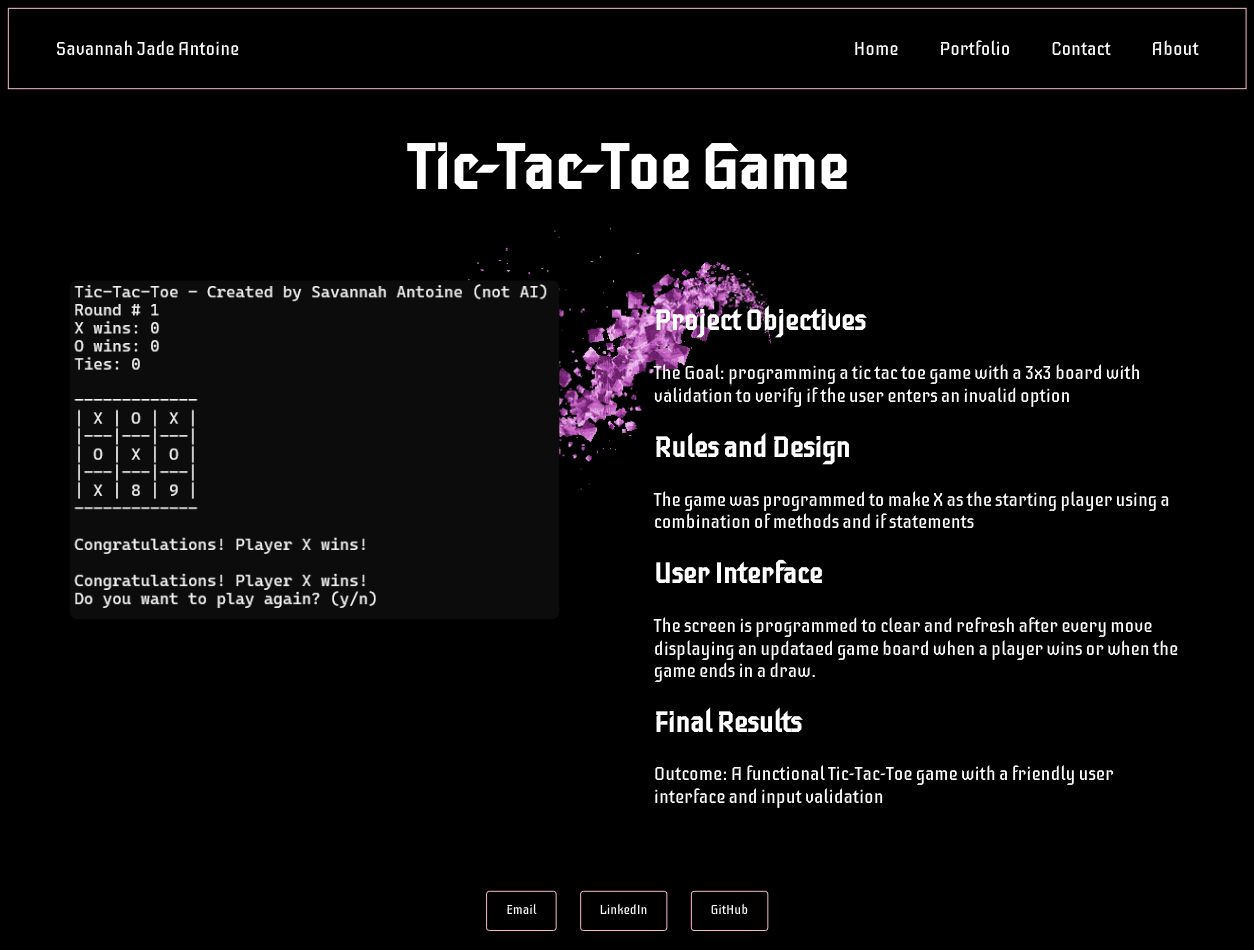
Repository: Savannah-Antoine/Savannah-Antoine
Page: pages/project-name-3.html
The author's editor kept a copy of each file at every save. The page is drawn from the files as they stood at one save, then again after the next save.
The browser window is 1280 px wide. The pictures show the whole page, at 98% of full size.
Backgrounds fixed to the window are drawn as part of the page.

Above is the page before, as saved 2026-05-16 02:48:15.

### pages/project-name-3.html
<!DOCTYPE html>
<html lang="en">
<head>
    <meta charset="UTF-8">
    <meta name="viewport" content="width=device-width, initial-scale=1.0">
    <link rel = "stylesheet" href = "../styles/page.css" />
    <link rel = "stylesheet" href = "../styles/globals.css" />
    <title>Document</title>
</head>
<body>
<header>
<nav>
        <ul class = "navigation">
  <li><a href="index.html">Home</a></li>
  <li><a href="#PortfolioSection">Portfolio</a></li>
  <li><a href="#ContactSection">Contact</a></li>
  <li><a href="#AboutMe">About</a></li>
        </ul>

        <ul class = "homeButton">
           <li><a   href = "../index.html">Savannah Jade Antoine</a></li>
        </ul>
</nav>
    <h1>Tic-Tac-Toe Game</h1>
</header>
<main class = "container">


<div class = "project-visuals">
<img src = "../assets/images/Project3.png" alt = "First Portfolio placeholder image" />
</div>
<div class = "project-details">
<section>
<h2>Project Objectives</h2>
    <p>
        The Goal: programming a tic tac toe game with a 3x3 board with validation to verify if the user enters an invalid option
<h2>Rules and Design</h2>
<p>
    The game was programmed to make X as the starting player using a combination of methods and if statements
</p>


<h2>User Interface</h2>
<p>
    The screen is programmed to clear and refresh after every move displaying an updataed game board when a player wins or when the game ends in a draw.
</p>


<h2>Final Results</h2>

<p>
    Outcome: A functional Tic-Tac-Toe game with a friendly user interface and input validation
</p>
</section>
</div>



</main>
<footer>
 <div class = "infoButtons">
        <a href="mailto:savannahjadeantoine@gmail.com" ><button>Email</button></a>
        <a href="https://linkedin.com/in/savannah-antoine-ab0756390" target="_blank"><button>LinkedIn</button></a>
        <a href="https://github.com/Savannah-Antoine" target="_blank"><button>GitHub</button></a>
    </div>
</footer>
</body>
</html>

### styles/page.css


.project-details{
    text-align: left;
    justify-content: center;
}


img {
    width: 100%;
    max-width: 500px; /* Increased slightly for detail */
    height: auto;
    border-radius: 0.5rem;
}

.container {
    display: flex;
    flex-direction: column;
    align-items: center;
    gap: 6rem;
    padding: 2rem 5%;
}

@media screen and (min-width: 768px) {

    .project-details {
        flex: 1;
        text-align: left;
    }
}

### styles/globals.css
@font-face{

    font-family:"ice";
    src: url(../assets/fonts/Iceberg-Regular.ttf)
}

body {
    background-color: black;
  background-image: url(../assets/images/background-pic.gif);
  background-repeat: no-repeat;
  background-size: cover;
  background-attachment: fixed;
  background-position: center;
  min-height: 100vh;
  color: white;
  font-size: 1rem;
  text-align: center;
  font-family: "ice", serif, 'Times New Roman';
}

.homeButton{
  order: -1;
  list-style-type: none;
  margin: 0;
  padding: 0;
  display: flex;
  justify-content: left;

}

.navigation {
    display: grid;
    grid-template-columns: repeat(2, 1fr);
    gap: 0.6rem;
    text-align: right;
}




nav {
    display: flex;
    justify-content: space-between;
    align-items: center;
    padding: 1rem 2rem;

    border: 0.1rem solid pink;
    cursor: pointer;


}



nav ul {
    display: flex;
    list-style: none;
    gap: 1rem;
    margin: 0;
    padding: 0;
}
button {
    padding: 0.7rem 1.2rem;
    background-color: transparent;
    color: white;
    border: 0.1rem solid pink;
    cursor: pointer;
    transition: all 0.3s ease;
    border-radius: 0.2rem;
    gap: 1rem;
    font-family: "ice", serif, 'Times New Roman';
}
button:hover {
    background-color: pink;
    color: rgb(31, 1, 31);
    transform: translateY(-3px);
    box-shadow: 0 0.3rem 1rem rgba(255, 255, 255, 0.3);
}

.infoButtons {
    display: flex;
    justify-content: center;
    gap: 1.5rem;
    margin-top: 1.4rem;
    min-width: 100px;
    padding: 0.7rem 0.9rem;
}

li a {
  display: block;
  color: white;
  padding: 0.8rem 1rem;
  text-decoration: none;
}

ul li a:hover {
 background-color: pink;
  color: rgb(31, 1, 31);
  box-shadow: 0 0.5rem 0.9rem rgba(255, 255, 255, 0.3)
}

h1{

  font-size: 4rem;
}

@media screen and (min-width: 768px)
{

    body{
        font-size: 1.2rem;
    }


    #AboutMe img {
        width: 300px;
        border-radius: 0.3rem;
    }
   body h1 {
        font-size: 4rem;
    }
    .container {

        flex-direction: row;
        flex-wrap: wrap;
        align-items: flex-start;
        justify-content: space-around;
    }
    .project-card {
        width: 30%;
        min-width: 250px;
        text-align: center;
    }
    .project-card img{
       width: 100%;
    height: 250px;
    object-fit: cover;
    object-position: top;
    border-radius: 0.5rem;


    }


    .navigation{
        display:flex;
    }

}


@media screen and (min-width: 1000px)
{
    .container {
        margin: 0 auto;
    }
    .aboutMe {
        flex-direction: row;
        justify-content: center;
        align-items: flex-start;
        text-align: left;
        gap: 4rem;

    }
    #AboutMe
    {
        padding: 50px 10%;
        text-align: center;
        align-items:center;
        justify-content: center;
        max-width: 1000px;
    }

}

After the next save:
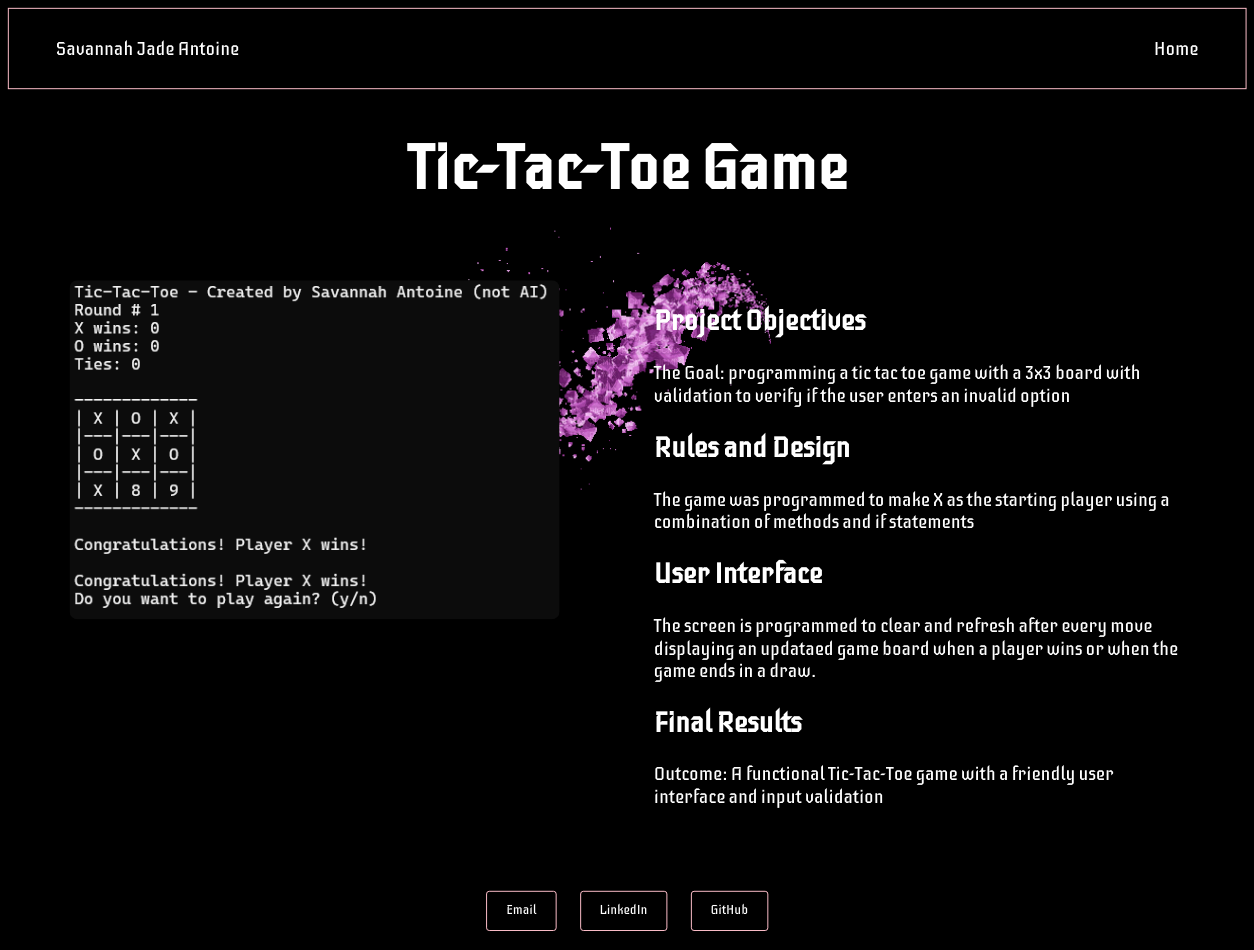
Saved 106 s later.
--- a/pages/project-name-3.html
+++ b/pages/project-name-3.html
@@ -11,10 +11,8 @@
 <header>
 <nav>
         <ul class = "navigation">
-  <li><a href="index.html">Home</a></li>
-  <li><a href="#PortfolioSection">Portfolio</a></li>
-  <li><a href="#ContactSection">Contact</a></li>
-  <li><a href="#AboutMe">About</a></li>
+  <li><a href="../index.html">Home</a></li>
+
         </ul>
 
         <ul class = "homeButton">
